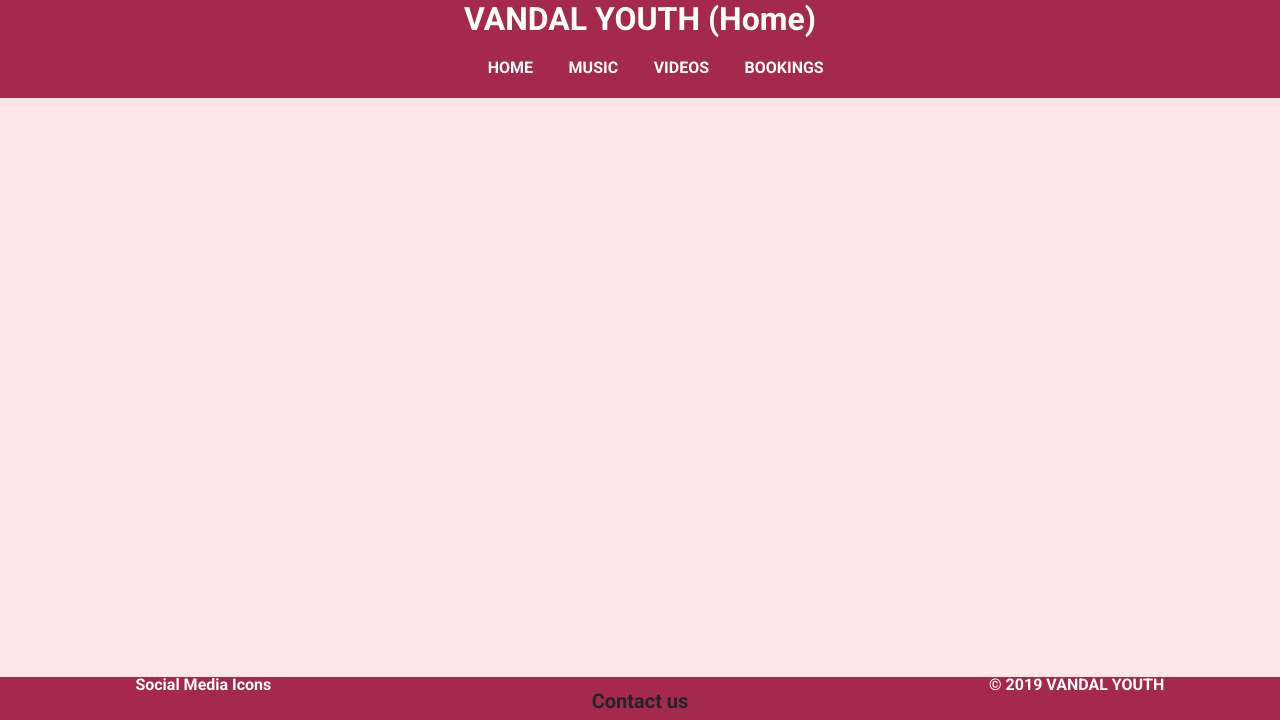
Repository: dof-bull/ci_milestone_project_1_Vandal_Youth
Page: index.html
The author's editor kept a record of every edit. The page is drawn from the files as they stood at one moment, then again after the next edit.
The browser window is 1280 px wide. The pictures show the whole page.

Above is the page before.

After the next edit:
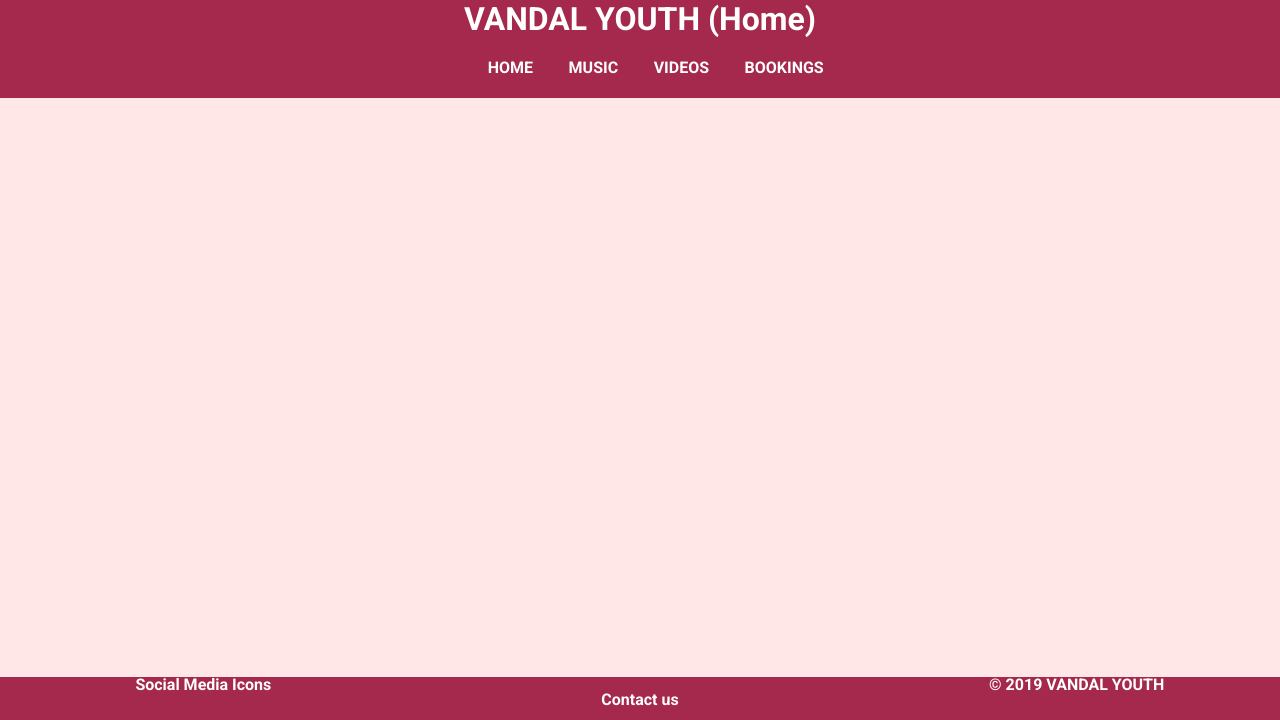
The edit:
--- a/index.html
+++ b/index.html
@@ -43,7 +43,7 @@
                     Social Media Icons
                 </div>
                 <div class="col">
-                    <p><button class="btn btn-lg btn--cta btn--red" data-toggle="modal" data-target="#signUpModal">Contact us</button></p>
+                    <p><button class="btn btn-lg btn--cta btn--pink" data-toggle="modal" data-target="#signUpModal">Contact us</button></p>
                 </div>
                 <div class="col">
                     © 2019 VANDAL YOUTH
